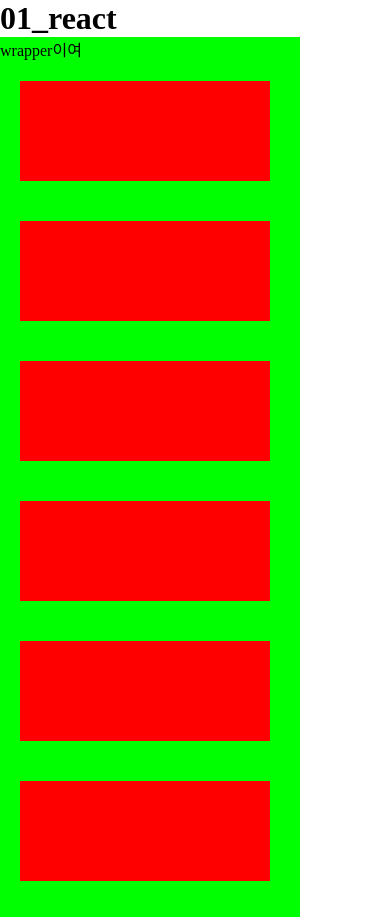
Repository: psun2/Korea-IT-Academy
Page: (back up) _ 오전/study_a/web_work/htmlCssProj/WebContent/react/01_react.html
An editor plug-in stored every save of this project. The page is shown before and after the next save, followed by the edit.
The browser window is 375 px wide. The pictures show the whole page.

Above is the page before, as saved 2020-07-29 06:39:38.

After the next save:
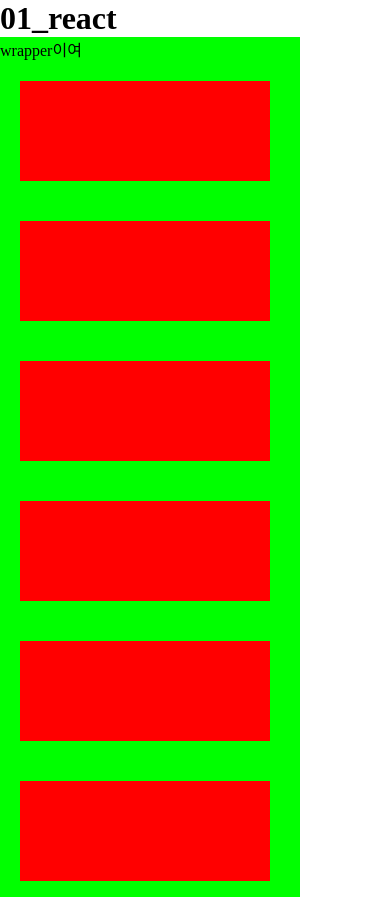
Saved 10 s later.
--- a/(back up) _ 오전/study_a/web_work/htmlCssProj/WebContent/react/01_react.html
+++ b/(back up) _ 오전/study_a/web_work/htmlCssProj/WebContent/react/01_react.html
@@ -32,7 +32,7 @@ minimum-scale=1.0, maximum-scale=1.0">
 		.wrapper{
 			background: #0f0;
 			width:300px;
-			height: 880px;
+			height: 860px;
 		}
 
 	}
